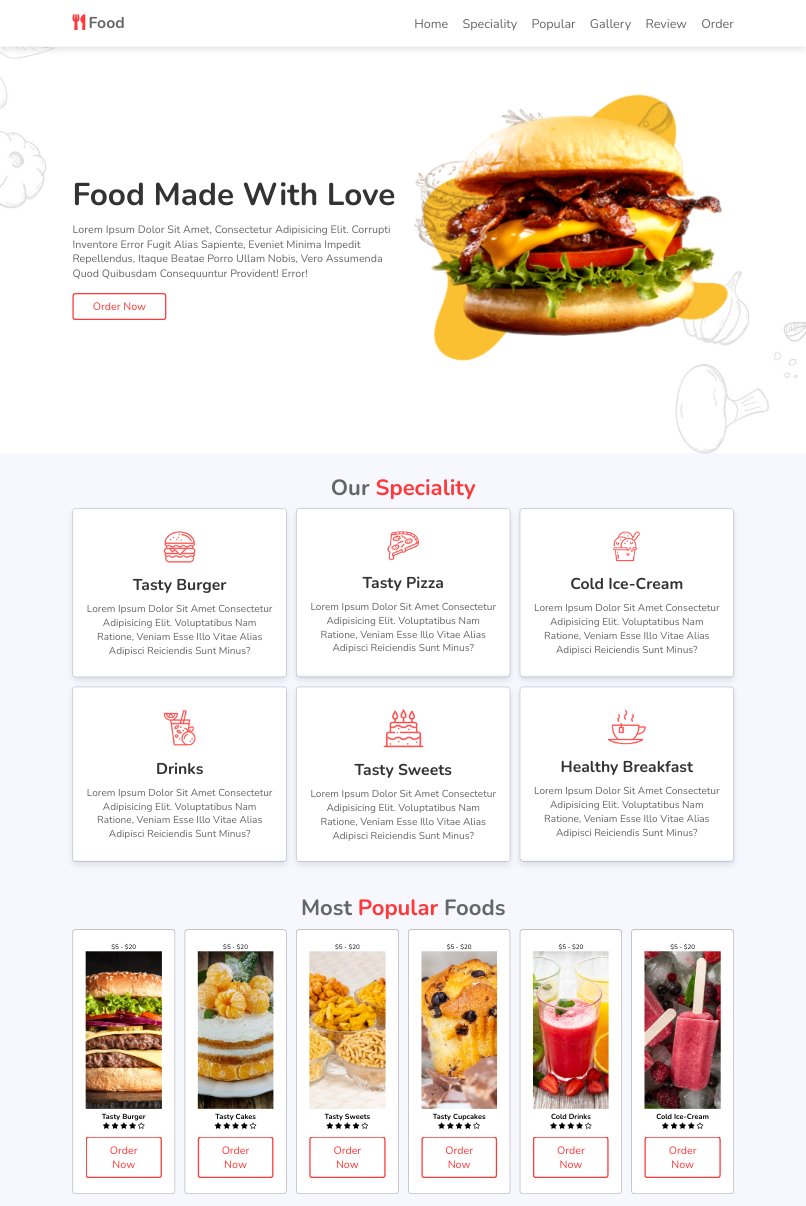
Repository: ManhTanVN/food
Page: index.html
These files come from the project's save history. The page is drawn as it stood at one moment and after the next save; the edit follows.
The browser window is 1280 px wide. The pictures show the whole page, at 63% of full size.
The style sheet was rebuilt from its Sass, Less or Tailwind sources for each picture, by a compiler version that may differ from the author's.

Above is the page before, as saved 2021-08-29 16:47:48.

### index.html
<!DOCTYPE html>
<html lang="en">
<head>
    <meta charset="UTF-8">
    <meta http-equiv="X-UA-Compatible" content="IE=edge">
    <meta name="viewport" content="width=device-width, initial-scale=1.0">
    <title>Document</title>
    <!-- font awe-some CDN -->
    <link rel="stylesheet" href="https://cdnjs.cloudflare.com/ajax/libs/font-awesome/5.15.4/css/all.min.css">

    <!-- custom css -->
    <link rel="stylesheet" href="./assets/css/style.css">
</head>
<body>
    <!-- header section start -->
    <header>
        <a href="#" class="logo"><i class="fas fa-utensils"></i>food</a>
        <div id="menu-bar" class="fas fa-bars"></div>
        <nav class="navbar">
            <a href="#home">home</a>
            <a href="#speciality">speciality</a>
            <a href="#popular">popular</a>
            <a href="#gallery">gallery</a>
            <a href="#review">review</a>
            <a href="#order">order</a>
        </nav>
    </header>
    <!-- header section end -->

    <!-- home section starts -->
    <section class="home" id="home">
        <div class="home__content">
            <h3>food made with love</h3>
            <p>Lorem ipsum dolor sit amet, consectetur adipisicing elit. Corrupti inventore error fugit alias sapiente, eveniet minima impedit repellendus, itaque beatae porro ullam nobis, vero assumenda quod quibusdam consequuntur provident! Error!</p>
            <a href="#" class="btn">order now</a>
        </div>
        <div class="home__image">
            <img src="./assets/images/home-img.png" alt="">
        </div>


    </section>
    <!-- home section ends -->

    <!-- speciality section starts -->
    <section class="speciality" id="speciality">
        <h1 class="heading">our <span>speciality</span></h1>
        <div class="box-container">
            <div class="box">
                <img class="box__image" src="./assets/images/s-img-1.jpg" alt="">
                <div class="box__content">
                    <img src="./assets/images/s-1.png" alt="">
                    <h3>tasty burger</h3>
                    <p>Lorem ipsum dolor sit amet consectetur adipisicing elit. Voluptatibus nam ratione, veniam esse illo vitae alias adipisci reiciendis sunt minus?</p>
                </div>
            </div>
            <div class="box">
                <img class="box__image" src="./assets/images/s-img-2.jpg" alt="">
                <div class="box__content">
                    <img src="./assets/images/s-2.png" alt="">
                    <h3>tasty pizza</h3>
                    <p>Lorem ipsum dolor sit amet consectetur adipisicing elit. Voluptatibus nam ratione, veniam esse illo vitae alias adipisci reiciendis sunt minus?</p>
                </div>
            </div>
            <div class="box">
                <img class="box__image" src="./assets/images/s-img-3.jpg" alt="">
                <div class="box__content">
                    <img src="./assets/images/s-3.png" alt="">
                    <h3>cold ice-cream</h3>
                    <p>Lorem ipsum dolor sit amet consectetur adipisicing elit. Voluptatibus nam ratione, veniam esse illo vitae alias adipisci reiciendis sunt minus?</p>
                </div>
            </div>
            <div class="box">
                <img class="box__image" src="./assets/images/s-img-4.jpg" alt="">
                <div class="box__content">
                    <img src="./assets/images/s-4.png" alt="">
                    <h3>drinks</h3>
                    <p>Lorem ipsum dolor sit amet consectetur adipisicing elit. Voluptatibus nam ratione, veniam esse illo vitae alias adipisci reiciendis sunt minus?</p>
                </div>
            </div>
            <div class="box">
                <img class="box__image" src="./assets/images/s-img-5.jpg" alt="">
                <div class="box__content">
                    <img src="./assets/images/s-5.png" alt="">
                    <h3>tasty sweets</h3>
                    <p>Lorem ipsum dolor sit amet consectetur adipisicing elit. Voluptatibus nam ratione, veniam esse illo vitae alias adipisci reiciendis sunt minus?</p>
                </div>
            </div>
            <div class="box">
                <img class="box__image" src="./assets/images/s-img-6.jpg" alt="">
                <div class="box__content">
                    <img src="./assets/images/s-6.png" alt="">
                    <h3>healthy breakfast</h3>
                    <p>Lorem ipsum dolor sit amet consectetur adipisicing elit. Voluptatibus nam ratione, veniam esse illo vitae alias adipisci reiciendis sunt minus?</p>
                </div>
            </div>
        </div>
    </section>
    <!-- speciality section ends -->

    <!-- popular section starts -->
    <section class="popular" id="popular">
        <h1 class="heading">most <span>popular</span> foods</h1>
        <div class="box-container">
            <div class="box">
                <span class="box__price"> $5 - $20 </span>
                <img src="./assets/images/p-1.jpg" alt="">
                <h3>tasty burger</h3>
                <div class="box__star">
                    <i class="fas fa-star"></i>
                    <i class="fas fa-star"></i>
                    <i class="fas fa-star"></i>
                    <i class="fas fa-star"></i>
                    <i class="far fa-star"></i>
                </div>
                <a href="#" class="btn">order now</a>
            </div>
            <div class="box">
                <span class="box__price"> $5 - $20 </span>
                <img src="./assets/images/p-2.jpg" alt="">
                <h3>tasty cakes</h3>
                <div class="box__star">
                    <i class="fas fa-star"></i>
                    <i class="fas fa-star"></i>
                    <i class="fas fa-star"></i>
                    <i class="fas fa-star"></i>
                    <i class="far fa-star"></i>
                </div>
                <a href="#" class="btn">order now</a>
            </div>
            <div class="box">
                <span class="box__price"> $5 - $20 </span>
                <img src="./assets/images/p-3.jpg" alt="">
                <h3>tasty sweets</h3>
                <div class="box__star">
                    <i class="fas fa-star"></i>
                    <i class="fas fa-star"></i>
                    <i class="fas fa-star"></i>
                    <i class="fas fa-star"></i>
                    <i class="far fa-star"></i>
                </div>
                <a href="#" class="btn">order now</a>
            </div>
            <div class="box">
                <span class="box__price"> $5 - $20 </span>
                <img src="./assets/images/p-4.jpg" alt="">
                <h3>tasty cupcakes</h3>
                <div class="box__star">
                    <i class="fas fa-star"></i>
                    <i class="fas fa-star"></i>
                    <i class="fas fa-star"></i>
                    <i class="fas fa-star"></i>
                    <i class="far fa-star"></i>
                </div>
                <a href="#" class="btn">order now</a>
            </div>
            <div class="box">
                <span class="box__price"> $5 - $20 </span>
                <img src="./assets/images/p-5.jpg" alt="">
                <h3>cold drinks</h3>
                <div class="box__star">
                    <i class="fas fa-star"></i>
                    <i class="fas fa-star"></i>
                    <i class="fas fa-star"></i>
                    <i class="fas fa-star"></i>
                    <i class="far fa-star"></i>
                </div>
                <a href="#" class="btn">order now</a>
            </div>
            <div class="box">
                <span class="box__price"> $5 - $20 </span>
                <img src="./assets/images/p-6.jpg" alt="">
                <h3>cold ice-cream</h3>
                <div class="box__star">
                    <i class="fas fa-star"></i>
                    <i class="fas fa-star"></i>
                    <i class="fas fa-star"></i>
                    <i class="fas fa-star"></i>
                    <i class="far fa-star"></i>
                </div>
                <a href="#" class="btn">order now</a>
            </div>
        </div>

    </section>
    <!-- popular section ends -->

<!-- custom js -->
<script src="./assets/js/main.js"></script>
</body>
</html>

### assets/js/main.js
let menu = document.querySelector("#menu-bar");
let navbar = document.querySelector(".navbar");

menu.onclick = () =>{
    menu.classList.toggle('fa-times');
    navbar.classList.toggle('active');
}

window.onscroll = () => {
    menu.classList.remove('fa-times');
    navbar.classList.remove('active');
}

### sass/style.scss
@import url('https://fonts.googleapis.com/css2?family=Nunito:wght@200;300;400;600;700&display=swap');
@import './mixin';
@import './variables';
@import './animation';
@import './base';
@import './header';
@import './menu-bar';
@import './home';
@import './btn';
@import './speciality';
@import './popular';

@import './_media';

### sass/_mixin.scss
@mixin responsive($breakpoint) {
    @if $breakpoint == tablet {
        @media (max-width:991px) {@content}
    };

    @if $breakpoint == phone {
        @media (max-width: 768px) {@content}
    };

    @if $breakpoint == small {
        @media (max-width: 400px) {@content}
    };
}

### sass/_variables.scss
$color-red: #ff3838;

### sass/_animation.scss
@keyframes float {
    0%, 100% {
        transform: translateY(0rem)
    };

    50% {
        transform: translateY(03rem)
    }
}

### sass/_base.scss
* {
    font-family: 'Nunito', sans-serif;
    padding: 0; margin: 0;
    box-sizing: border-box;
    border: 0; outline: none;
    text-transform: capitalize;
    text-decoration: none;
    transition: all .2s linear;
}

*::selection {
    background: $color-red;
    color: #fff;
}

html {
    font-size: 62.5%;
    overflow-x: hidden;
    scroll-behavior: smooth;
    scroll-padding-top: 6rem;
    @include responsive (tablet) {
        font-size: 55%;
    }

    @include responsive (small) {
        font-size: 50%;

    }
}

body {
    background: #f7f7ff;
}

section {
    padding: 2rem 9%;
    @include responsive (tablet){
        padding: 2rem;
    }
}

### sass/_header.scss
header {
    position: fixed;
    top: 0;
    left: 0;
    right: 0;
    z-index: 9999;
    background: #fff;
    padding: 2rem 9%;
    box-shadow: 0 0.5rem 1rem rgba(0,0,0,.1);
    display: flex;
    justify-content: space-between;
    align-items: center;
    @include responsive (tablet) {
        padding: 2rem;
    }

}
header .logo {
    font-size: 2.5rem;
    font-weight: bold;
    color: #666;
}
header .logo i {
    padding-right: .5rem;
    color: $color-red;
}
header .navbar a {
    font-size: 2rem;
    margin-left: 2rem;
    color: #666;

    @include responsive (phone) {
        margin: 1.5rem;
        padding: 1.5rem;
        display: block;
        border: .2rem solid rgba(0,0,0,.1);
        border-left: .5rem solid $color-red;
        background: #fff;
    }
}

header .navbar a:hover {
    color: $color-red;
}

header .navbar {
    @include responsive (phone) {
        position: absolute;
        top: 100%;
        right: 0;
        left: 0;
        background: #f7f7f7;
        border-top: .1rem solid rgba(0,0,0,.1);
        clip-path: polygon(0 0, 100% 0 , 100% 0 , 0 0);
        // -webkit-clip-path :(0 0, 100% 0 , 100% 0 , 0 0);
    }
}
header .navbar.active {
    @include responsive (phone) {
        clip-path: polygon(0 0, 100% 0 , 100% 100% , 0 100%);

    }
}

### sass/_menu-bar.scss
#menu-bar {
    font-size: 3rem;
    cursor: pointer;
    color: #666;
    border: .1rem solid #666;
    border-radius: .3rem;
    padding: .5rem 1.5rem;
    display: none;

    @include responsive (phone) {
        display: initial;
    }

}

### sass/_home.scss
.home {
    display: flex;
    flex-wrap: wrap;
    gap: 1.5rem;
    min-height: 100vh;
    align-items: center;
    background: url(../assets/images/home-bg.jpg) no-repeat;
    // background: url(../assets/images/pic1.png);
    // background: gold;
    background-size: cover;
    background-position: center;

    &__content{
        flex: 1 1 40rem;
        padding-top: 6.5rem;

        & h3{
            font-size: 5rem;
            color: #333;
        }
        & p{
            font-size: 1.7rem;
            color: #666;
            padding: 1rem 0;
        }
    }
    &__image {
        flex: 1 1 40rem;

    }
    &__image img {
        width: 100%;
        padding: 1rem;
        animation: float 3s linear infinite;
    }
}

### sass/_btn.scss
.btn {
    display: inline-block;
    padding: .8rem 3rem;
    border: .2rem solid $color-red;
    color: $color-red;
    cursor: pointer;
    font-size: 1.7rem;
    border-radius: .5rem;
    position: relative;
    overflow: hidden;
    z-index: 0;
    margin-top: 1rem;
    &::after {
        content: "";
        position: absolute;
        top: 0;
        right: 0;
        width: 0;
        height: 100%;
        background: $color-red;
        transition: .2s linear;
        z-index: -1;
    }

    &:hover::after {
        width: 100%;
        left: 0;;
    }
    &:hover {
        color: #fff;
    }
}

### sass/_speciality.scss
.heading {
    text-align: center;
    font-size: 3.5rem;
    padding: 1rem;
    color: #666;

    & span {
        color: $color-red;
    }
}
.box-container {
    display: flex;
    flex-wrap: wrap;
    gap: 1.5rem;
}


.speciality {
    & .box-container {
        & .box {
            flex: 1 1 30rem;
            position: relative;
            overflow: hidden;
            box-shadow: 0 .5rem 1rem rgba(0,0,0,.1);
            border: .1rem solid rgba(0,0,0,.3);
            cursor: pointer;
            border-radius: .5rem;

            &__image{
                width: 100%;
                height: 100%;
                object-fit: cover;
                position: absolute;
                top: -100%;
                left: 0;

            }
            &:hover .box__image{
                top: 0;
            }

            &:hover .box__content{
                transform: translateY(100%);
            }

            &__content {
                text-align: center;
                padding: 2rem;
                background: #fff;
                & img {
                    margin: 1.5rem 0;
                }
                & h3 {
                    font-size: 2.5rem;
                    color: #333;
                }
                & p {
                    font-size: 1.6rem;
                    color: #666;
                    padding: 1rem 0;
                }
            }
        }
    }

}

### sass/_popular.scss
.popular {
    & .box-container {
        & .box {
            padding: 2rem;
            background: #fff;
            box-shadow: 1 .5rem 1rem rgba(0,0,0,.1);
            border: .1rem solid rgba(0,0,0,.3);
            border-radius: .5rem;
            text-align: center;
            flex: 1 1;

            & img {
                height: 25rem;
                object-fit: cover;
                width: 100%;
            }
        }
    }
}

### sass/__media.scss
@media (max-width: 991px) {
    html {
    }
    header {

    }
}

@media (max-width: 768px) {


    .menu-bar {

    }
}

After the next save:
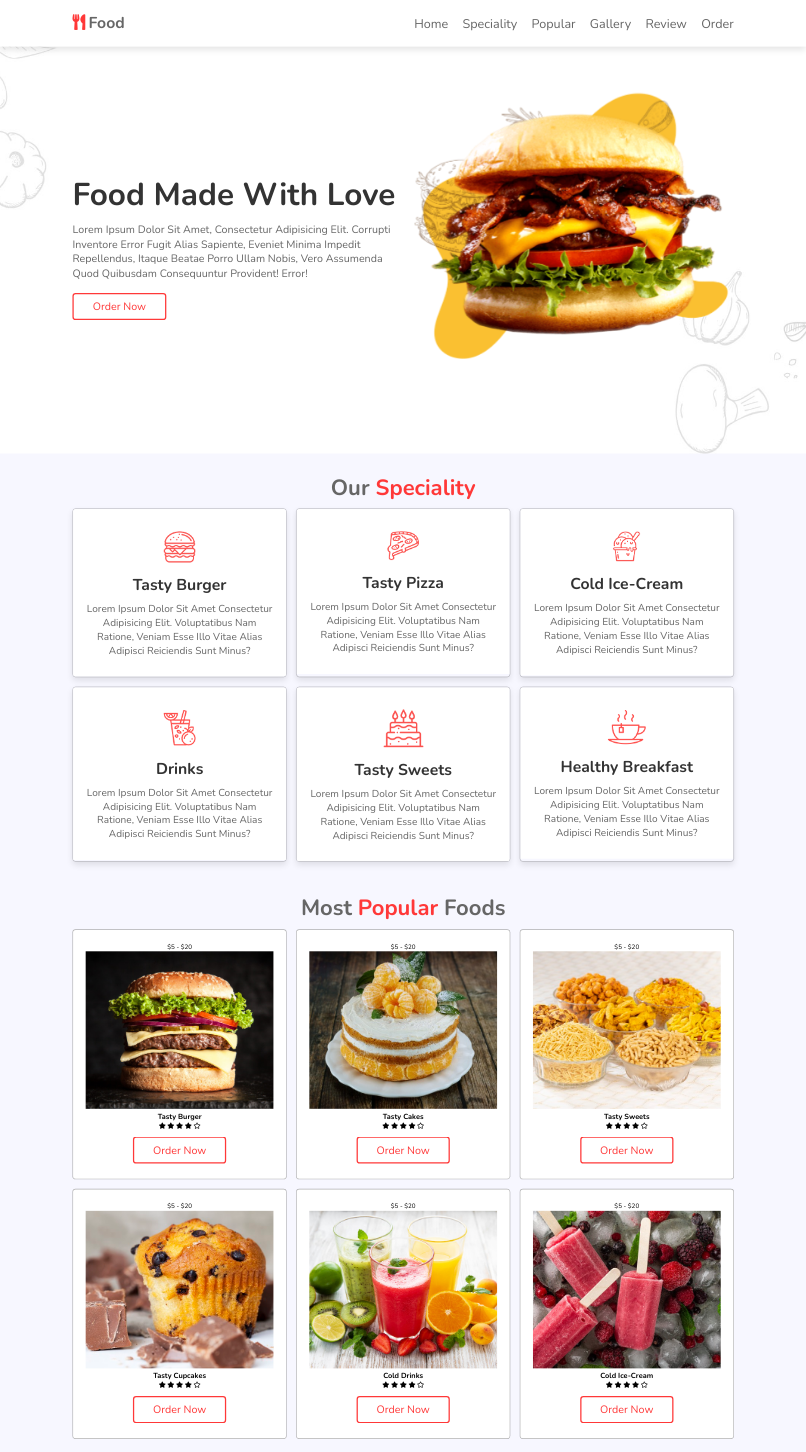
Saved 2 min 11 s later.
--- a/sass/_popular.scss
+++ b/sass/_popular.scss
@@ -7,7 +7,7 @@
             border: .1rem solid rgba(0,0,0,.3);
             border-radius: .5rem;
             text-align: center;
-            flex: 1 1;
+            flex: 1 1 30rem;
 
             & img {
                 height: 25rem;
